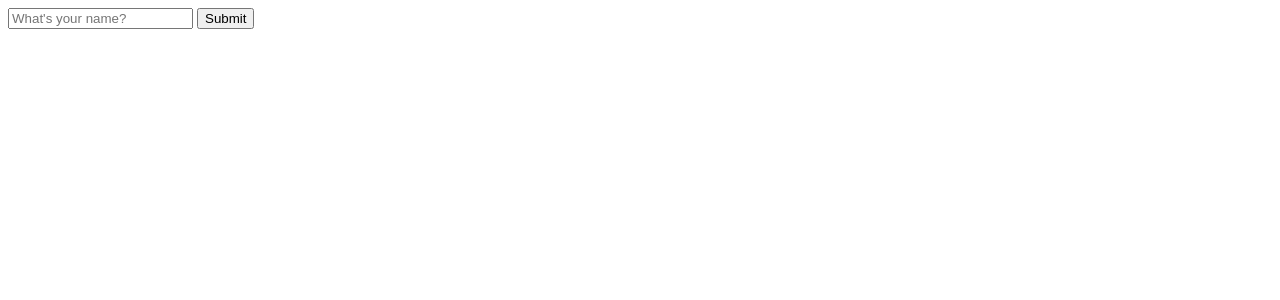
Repository: sarthakvengurlekar/Java-Files
Page: http://localhost/spring-mvc-demo/showForm
An editor plug-in stored every save of this project. The page is shown before and after the next save, followed by the edit.
The browser window is 1280 px wide. The pictures show the whole page.
The page is served by Tomcat 9.

Above is the page before, as saved 2023-03-07 01:45:41.

After the next save:
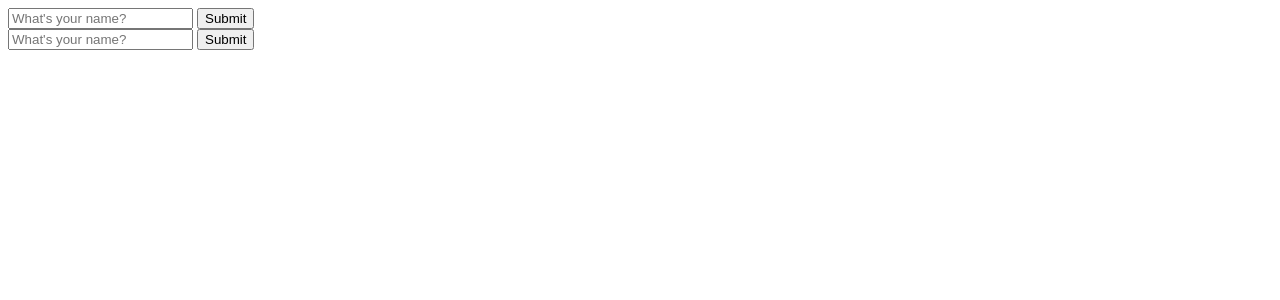
Saved 56 s later.
--- a/spring-mvc-demo/WebContent/WEB-INF/view/helloworld-form.jsp
+++ b/spring-mvc-demo/WebContent/WEB-INF/view/helloworld-form.jsp
@@ -18,6 +18,16 @@
 
 	</form>
 
+
+	<form action = "processFormVthree" method = "GET">
+
+		<input type="text" name="studentName"
+			placeholder="What's your name?" />
+
+		<input type="submit" />
+
+	</form>
+
 </body>
 
 </html>
